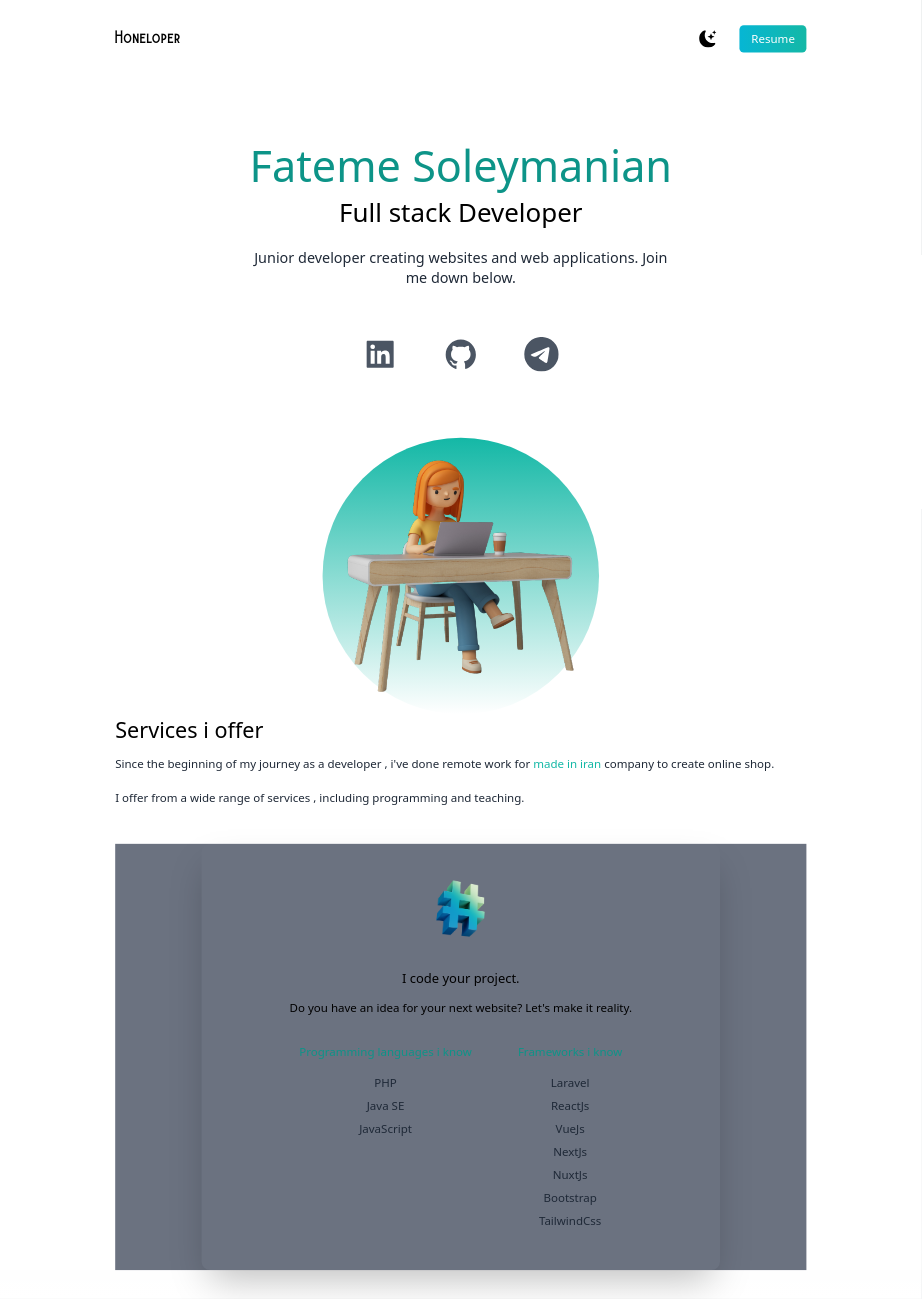
Repository: fatemesoleymanian/portfolio
Page: /
The author's editor kept a copy of each file at every save. The page is drawn from the files as they stood at one save, then again after the next save.
The browser window is 1280 px wide. The pictures show the whole page, at 72% of full size.
The project was rebuilt for these pictures with package versions that can differ from the ones it lists, and the page was loaded fresh each time. The framework's server and built-in components were replaced by stand-ins that run in the browser. Also part of the build but not shown: next.config.js.

Above is the page before, as saved 2023-03-10 18:56:51.

After the next save:
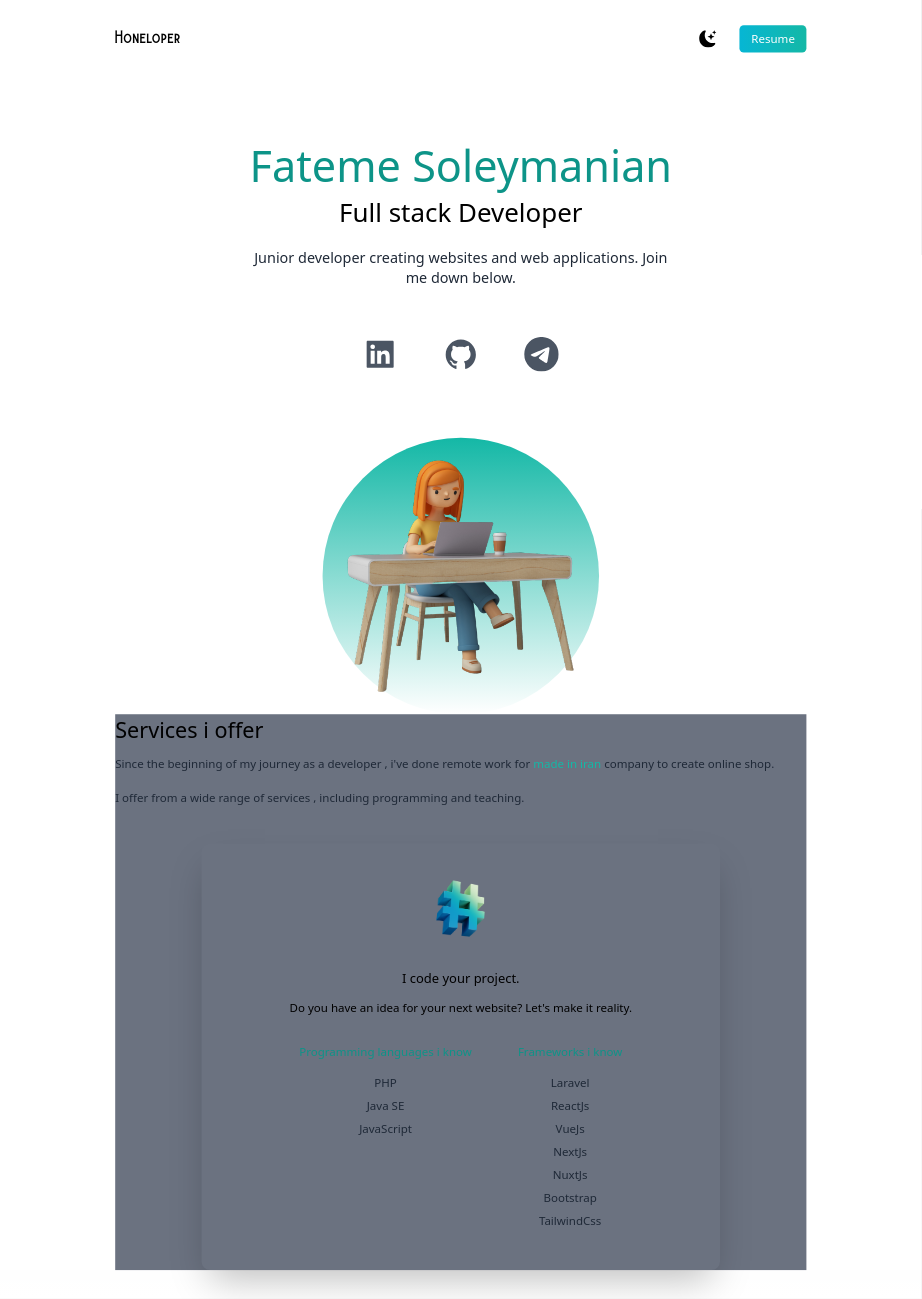
Saved 27 s later.
--- a/pages/index.js
+++ b/pages/index.js
@@ -55,7 +55,7 @@ export default function Home() {
           </div>
         </section>
 
-        <section >
+        <section className='bg-gray-500' >
           <div>
             <h3 className='text-3xl py-1 dark:text-gray-200'>
               Services i offer
@@ -68,7 +68,7 @@ export default function Home() {
               I offer from a wide range of services , including programming and teaching.
             </p>
           </div>
-          <div className='bg-gray-500'>
+          <div>
             <div className='md:mx-auto text-center shadow-2xl p-10 rounded-xl my-10 md:w-9/12'>
               <Image src={code} width={100} height={100} className="mx-auto"/>
               <h3 className='text-lg font-medium pt-8 pb-2 dark:text-gray-100'>
